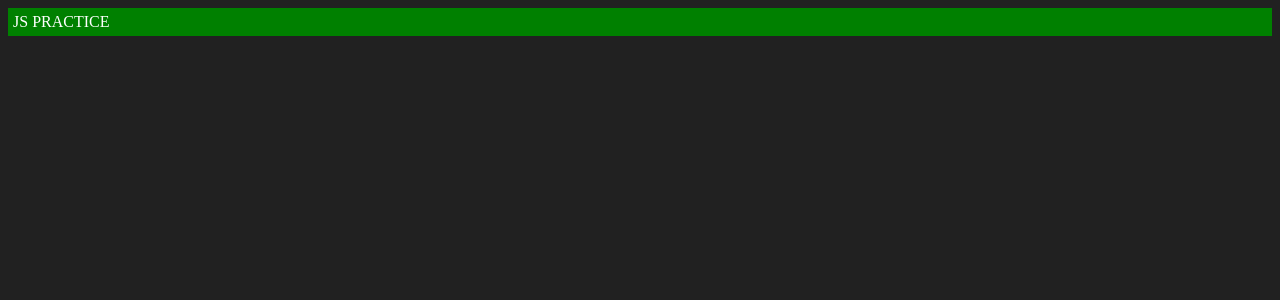
Repository: VishwaGoswami1407/JavaScript-Practice
Page: 06_dom/three.html
An editor plug-in stored every save of this project. The page is shown before and after the next save, followed by the edit.
The browser window is 1280 px wide. The pictures show the whole page.

Above is the page before, as saved 2024-07-06 15:54:17.

### 06_dom/three.html
<!DOCTYPE html>
<html lang="en">
<head>
    <meta charset="UTF-8">
    <meta name="viewport" content="width=device-width, initial-scale=1.0">
    <title>PRACTICE</title>
</head>
<body style="background-color: #212121; color: #fff;">

</body>
<script>
   const div = document.createElement('div');
    console.log(div);
    div.className = "main"
    div.id = Math.round(Math.random() * 10 + 1)

    div.setAttribute("title", "generate title")
    div.style.backgroundColor = "green"
    div.style.padding = "5px"

    // div.innerText = "JS PRACTICE"
    const addText = document.createTextNode("JS PRACTICE")
    div.appendChild(addText)
    document.body.appendChild(div)



</script>
</html>

After the next save:
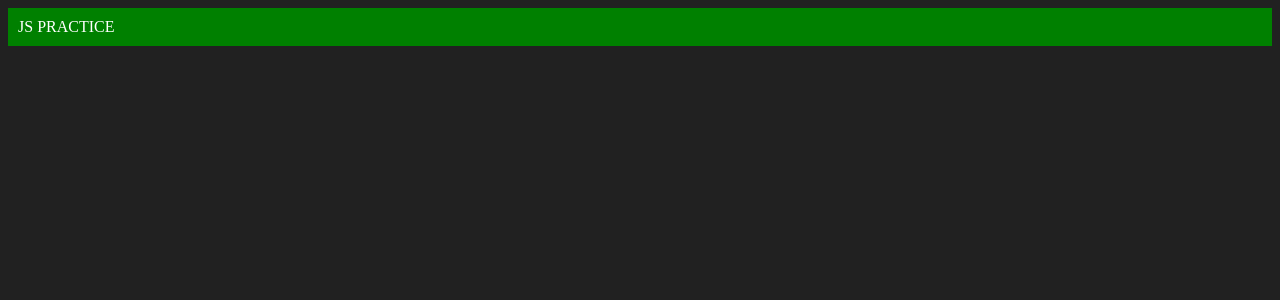
Saved 16 s later.
--- a/06_dom/three.html
+++ b/06_dom/three.html
@@ -16,7 +16,7 @@
 
     div.setAttribute("title", "generate title")
     div.style.backgroundColor = "green"
-    div.style.padding = "5px"
+    div.style.padding = "10px"
 
     // div.innerText = "JS PRACTICE"
     const addText = document.createTextNode("JS PRACTICE")
